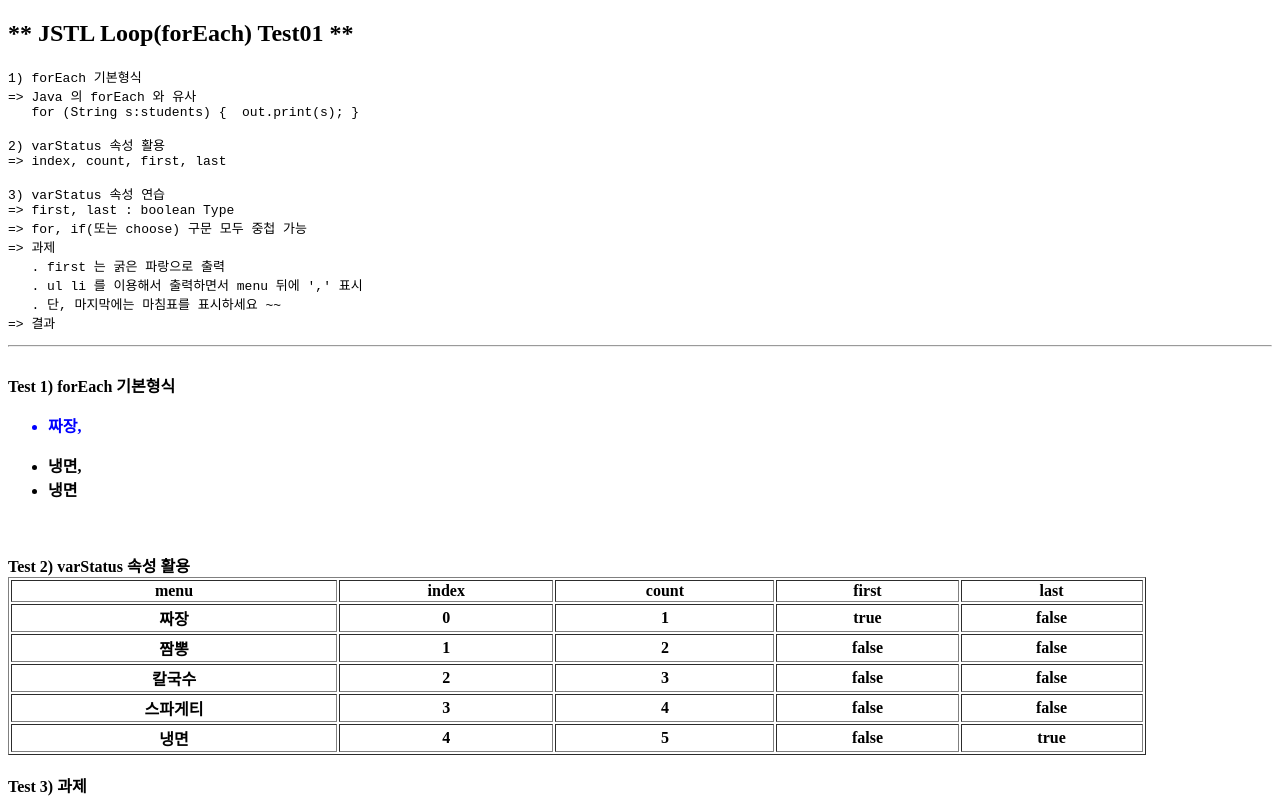
Repository: JYH94/JAVA
Page: http://localhost/web01/jsp03_jstl/ex03_for01.jsp
These files come from the project's save history. The page is drawn as it stood at one moment and after the next save; the edit follows.
The browser window is 1280 px wide. The pictures show the whole page.
The page is served by Tomcat 9.

Above is the page before, as saved 2024-01-16 08:09:39.

After the next save:
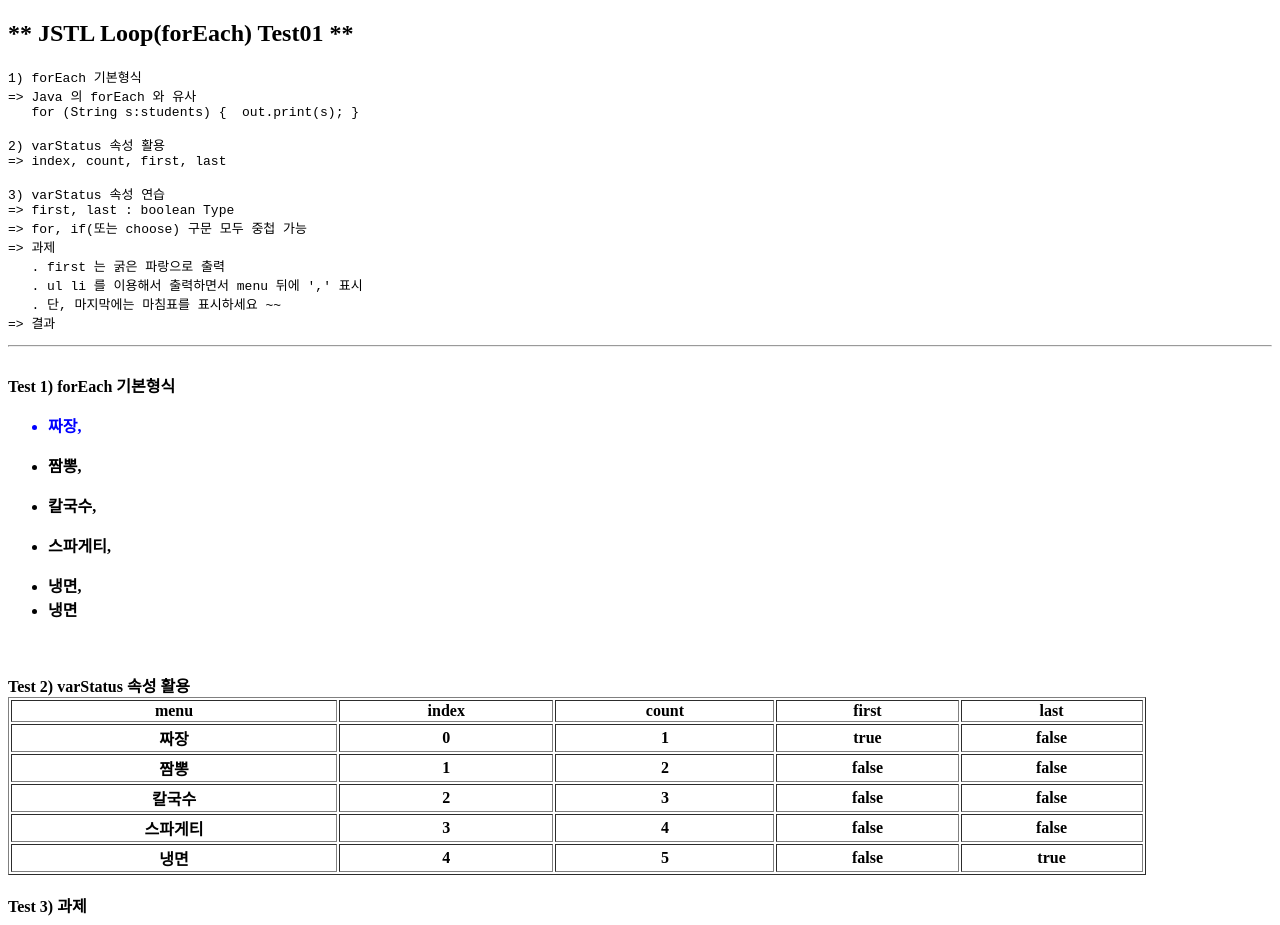
Saved 13 s later.
--- a/web01/src/main/webapp/jsp03_jstl/ex03_for01.jsp
+++ b/web01/src/main/webapp/jsp03_jstl/ex03_for01.jsp
@@ -41,11 +41,11 @@ pageContext.setAttribute("menuList", menu);
 			<li style=color:blue>${menu}, &nbsp;</li>
 		</c:if>
 
-		<c:if test="${m.first == false && m.last == true}">
+		<c:if test="${m.first == false}">
 			<li>${menu}, &nbsp;</li>
 		</c:if>
 
-		<c:if test="${m.last == true}">
+		<c:if test="${m.last == true && m.first == false}">
 			<li>${menu}</li>
 		</c:if>
 
